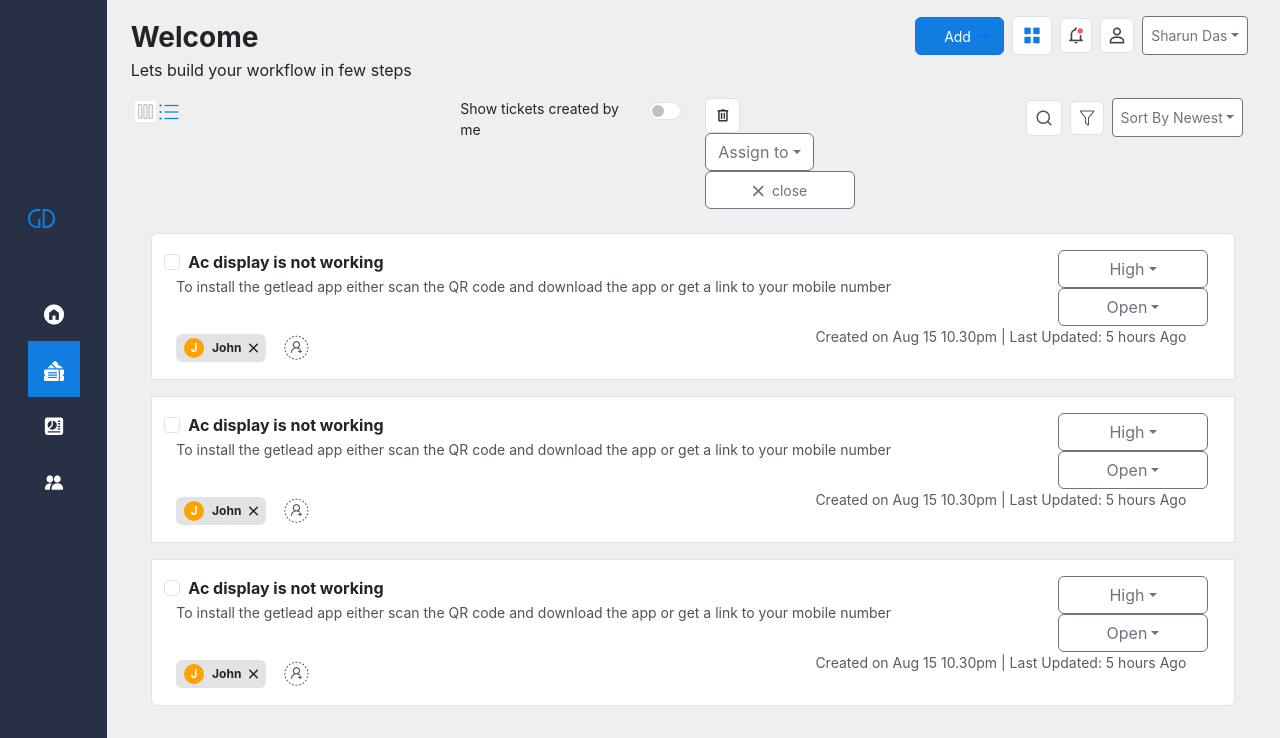
Repository: rishikarajeev/GL_HelpDesk
Page: /
These files come from the project's save history. The page is drawn as it stood at one moment and after the next save; the edit follows.
The browser window is 1280 px wide. The pictures show the whole page.
The project was rebuilt for these pictures with package versions that can differ from the ones it lists, and the page was loaded fresh each time. Also part of the build but not shown: src/App.css, src/Pages/HomePage.jsx.

Above is the page before, as saved 2024-01-11 14:28:32.

### public/index.html
<!DOCTYPE html>
<html lang="en">
  <head>
    <meta charset="utf-8" />
    <link rel="icon" href="%PUBLIC_URL%/favicon.ico" />
    <meta name="viewport" content="width=device-width, initial-scale=1" />
    <meta name="theme-color" content="#000000" />
    <meta
      name="description"
      content="Web site created using create-react-app"
    />
    <link rel="apple-touch-icon" href="%PUBLIC_URL%/logo192.png" />
    <link href="https://cdn.jsdelivr.net/npm/bootstrap@5.3.2/dist/css/bootstrap.min.css" rel="stylesheet" integrity="sha384-T3c6CoIi6uLrA9TneNEoa7RxnatzjcDSCmG1MXxSR1GAsXEV/Dwwykc2MPK8M2HN" crossorigin="anonymous">
   <script src="https://cdn.jsdelivr.net/npm/bootstrap@5.3.2/dist/js/bootstrap.bundle.min.js" integrity="sha384-C6RzsynM9kWDrMNeT87bh95OGNyZPhcTNXj1NW7RuBCsyN/o0jlpcV8Qyq46cDfL" crossorigin="anonymous"></script>

   <!--
      manifest.json provides metadata used when your web app is installed on a
      user's mobile device or desktop. See https://developers.google.com/web/fundamentals/web-app-manifest/
    -->
    <link rel="manifest" href="%PUBLIC_URL%/manifest.json" />
    <!--
      Notice the use of %PUBLIC_URL% in the tags above.
      It will be replaced with the URL of the `public` folder during the build.
      Only files inside the `public` folder can be referenced from the HTML.

      Unlike "/favicon.ico" or "favicon.ico", "%PUBLIC_URL%/favicon.ico" will
      work correctly both with client-side routing and a non-root public URL.
      Learn how to configure a non-root public URL by running `npm run build`.
    -->
    <title>React App</title>
  </head>
  <body>
    <noscript>You need to enable JavaScript to run this app.</noscript>
    <div id="root"></div>
    <!--
      This HTML file is a template.
      If you open it directly in the browser, you will see an empty page.

      You can add webfonts, meta tags, or analytics to this file.
      The build step will place the bundled scripts into the <body> tag.

      To begin the development, run `npm start` or `yarn start`.
      To create a production bundle, use `npm run build` or `yarn build`.
    -->
  </body>
</html>

### src/index.js
import React from "react";
import ReactDOM from "react-dom/client";
import "./index.css";
import App from "./App";
import reportWebVitals from "./reportWebVitals";


const root = ReactDOM.createRoot(document.getElementById("root"));
root.render(<App />);

// If you want to start measuring performance in your app, pass a function
// to log results (for example: reportWebVitals(console.log))
// or send to an analytics endpoint. Learn more: https://bit.ly/CRA-vitals
reportWebVitals();

### src/App.js
import logo from "./logo.svg";
import "./App.css";

import { BrowserRouter, Route, Routes } from "react-router-dom";
import ViewTickets from "./Pages/ViewTickets";
import HomePage from "./Pages/HomePage";
import SideBar from "./Components/SideBar";
import { Container, Row, Col } from "react-bootstrap";
import Header from "./Components/Header";
import "./Assets/Css/Styles.css"

function App() {
  return (
    <BrowserRouter>
      <Container fluid>
        <Row>
          <Col xl={1} className="sideBg">
            <SideBar />
          </Col>
          <Col xl={11} className="bgColor">
            <Header />
            <Routes>
              <Route path="/" element={<ViewTickets />}></Route>
              <Route path="/showtickets" element={<ViewTickets />}></Route>
              <Route path="/home" element={<HomePage />}></Route>
            </Routes>
          </Col>
        </Row>
      </Container>
    </BrowserRouter>
  );
}

export default App;

### src/Pages/ViewTickets.jsx
import React from "react";
import TicketItem from "../Components/TicketItem";
import {
  Container,
  Row,
  Col,
  Navbar,
  Nav,
  Button,
  ListGroup,
  Dropdown,
  Image,
} from "react-bootstrap";
import column_icon from "../Assets/Images/fluent_column-triple-20-regular.jpg";
import list_icon from "../Assets/Images/ph_list-bullets-light.png";
import search_icon from "../Assets/Images/ri_search-line.png";
import delete_icon from "../Assets/Images/material-symbols_delete-outline.jpg";
import { FontAwesomeIcon } from "@fortawesome/react-fontawesome";
import { faTimes } from "@fortawesome/free-solid-svg-icons";
import filter_icon from "../Assets/Images/cil_filter.png";

function ViewTickets() {
  return (
    <Container>
      <Row className=" mt-3 mb-2  ">
        <Col>
          <img src={column_icon} alt="Local Icon" />

          <img src={list_icon} />
        </Col>
        <Col className="d-none d-lg-block">
          <div class="form-check form-switch ms-0 d-flex align-items-start">
            <label
              class="form-check-label small me-5 p "
              for="flexSwitchCheckDefault"
            >
              Show tickets created by me
            </label>
            <input
              className="form-check-input p-2"
              type="checkbox"
              role="switch"
              id="flexSwitchCheckDefault"
            />
          </div>
        </Col>
        <Col className=" ">
          <Row>
            <Col>
            <div>
              <Image
                src={delete_icon}
                alt="Local Icon"
                className="img-thumbnail  bg-white p-2"
              />
            </div>

            <Dropdown>
              <Dropdown.Toggle
                variant="outline-secondary"
                id="dropdown-basic"
                className="bg-white"

              >
                Assign to
              </Dropdown.Toggle>

              <Dropdown.Menu>
                <Dropdown.Item href="#/action-1">Assign to </Dropdown.Item>
                <Dropdown.Item href="#/action-2">Sharun</Dropdown.Item>
              </Dropdown.Menu>
            </Dropdown>

            <Button variant="btn btn-outline-secondary bg-white " style={{ width: '150px' }}>
              <FontAwesomeIcon icon={faTimes} className="small" />
              <span className="small ms-2">close</span>
            </Button>
            </Col>
          </Row>
        </Col>
        <Col className="text-end d-none d-lg-block">
          <img
            src={search_icon}
            alt="Local Icon"
            className="img-thumbnail me-2 p-2 bg-white"
          />
          <img
            src={filter_icon}
            alt="Local Icon"
            className="img-thumbnail me-2 p-2 bg-white"
          />
          <button
            class="btn btn-outline-secondary btn-sm dropdown-toggle me-2  p-2 bg-white"
            type="button"
            data-bs-toggle="dropdown"
            aria-expanded="false"
          >
            Sort By Newest
          </button>
        </Col>
      </Row>
      <ListGroup className="p-3">
        <ListGroup.Item className=" border mb-3">
          <TicketItem />
        </ListGroup.Item>
        <ListGroup.Item className=" border mb-3">
          <TicketItem />
        </ListGroup.Item>
        <ListGroup.Item className=" border mb-3">
          <TicketItem />
        </ListGroup.Item>
      </ListGroup>
    </Container>
  );
}

export default ViewTickets;

### src/Components/SideBar.jsx
import React, { useState } from "react";
import { Navbar, Nav } from "react-bootstrap";
import ticketIcon from "../Assets/Images/Layer_1.png";
import logo from "../Assets/Images/logo.png";
import profile from "../Assets/Images/profile_icon.png";
import filemanagr from "../Assets/Images/Frame.png";
import homeIcon from "../Assets/Images/el_home-alt.png";
import "../Assets/Css/Styles.css";

function SideBar() {
  const [activeIcon, setActiveIcon] = useState("tickets"); // Set the initial active icon

  return (
    <Navbar expand="lg" variant="dark" className=" p-3  h-100">
      <Navbar.Toggle aria-controls="sidebar" className="order-0 ml-auto" />
      <Navbar.Collapse id="sidebar">
        <Nav className="flex-column sideBg">
          <Navbar.Brand className="mb-5">
            {" "}
            <img src={logo} alt="Home Icon " className="icon" />
          </Navbar.Brand>

          <Nav.Item
            className={`nav-item p-2 ${
              activeIcon === "home" ? "selectedColor" : ""
            }`}
          >
            <Nav.Link
              className="nav-link text-white"
              onClick={() => setActiveIcon("home")}
              href="/home"
            >
              <img src={homeIcon} alt="Home Icon" className="icon" />
            </Nav.Link>
          </Nav.Item>
          <Nav.Item
            className={`nav-item p-2 ${
              activeIcon === "tickets" ? "selectedColor" : ""
            }`}
          >
            <Nav.Link
              className="nav-link"
              onClick={() => setActiveIcon("tickets")}
              href="/showtickets"
            >
              <img src={ticketIcon} alt="Ticket Icon" className="icon" />
            </Nav.Link>
          </Nav.Item>
          <Nav.Item
            className={`nav-item p-2 ${
              activeIcon === "file" ? "selectedColor" : ""
            }`}
          >
            <Nav.Link
              className="nav-link"
              onClick={() => setActiveIcon("file")}
              href="#"
            >
              <img src={filemanagr} alt="file Icon" className="icon" />
            </Nav.Link>
          </Nav.Item>
          <Nav.Item
            className={`nav-item p-2 ${
              activeIcon === "profile" ? "selectedColor" : ""
            }`}
          >
            <Nav.Link
              className="nav-link"
              onClick={() => setActiveIcon("profile")}
              href="#"
            >
              <img src={profile} alt="profile Icon" className="icon" />
            </Nav.Link>
          </Nav.Item>
          <Nav.Item
            className={`nav-item p-2 ${
              activeIcon === "settings" ? "selectedColor" : ""
            }`}
          >
            <Nav.Link
              className="nav-link text-white"
              onClick={() => setActiveIcon("settings")}
              href="#"
            >
              <i className="fas fa-cogs"></i>
            </Nav.Link>
          </Nav.Item>
        </Nav>
      </Navbar.Collapse>
    </Navbar>
  );
}

export default SideBar;

### src/Components/Header.jsx
import React from "react";

import menu_icon from "../Assets/Images/ep_menu.png";
import notificatn_icon from "../Assets/Images/Group 10.png";
import user_icon from "../Assets/Images/ooui_user-avatar-outline.png";
import { Container, Row, Col, Navbar, Nav, Button } from "react-bootstrap";
import { FontAwesomeIcon } from "@fortawesome/react-fontawesome";
import { faTimes,faPlus  } from "@fortawesome/free-solid-svg-icons";

function Header() {
  return (
    <Container fluid>
      <Row className=" justify-content-end mt-3 mb-3">
        <Col sm={8}>
          <Row>
            <a class="navbar-brand fs-3 fw-bolder" href="#">
              Welcome
            </a>
          </Row>
          <Row>
            <span>Lets build your workflow in few steps</span>
          </Row>
        </Col>

        <Col sm={4} className="text-end">
        <Button variant="btn btn-outline-primary selectedColor me-2">
        <span className="small ms-2 text-white p-2">Add</span>
            <FontAwesomeIcon icon={faPlus } className="small" />

          </Button>
          <img
            src={menu_icon}
            alt="Local Icon"
            className="img-thumbnail me-2 p-2 bg-white"
          />
          <img
            src={notificatn_icon}
            alt="Local Icon"
            className="img-thumbnail me-2 p-2 bg-white"
          />
          <img
            src={user_icon}
            alt="Local Icon"
            className="img-thumbnail me-2 p-2 bg-white"
          />
          <button
            className="btn btn-outline-secondary btn-sm dropdown-toggle me-2 p-2 bg-white"
            type="button"
            data-bs-toggle="dropdown"
            aria-expanded="false"
          >
            Sharun Das
          </button>
        </Col>
      </Row>
    </Container>
  );
}

export default Header;

### src/Assets/Css/Styles.css
.sideBg{
    background-color:  #273045;
    text-align: left;


}
.selectedColor{
    background-color:  #117DE0;


}
.bgColor{
    background-color:  #EFEFEF;

}
.txt-ticket-color{
  color:#4D5459

}


  .circle-icon {
    width: 20px;
    height: 20px;
    border-radius: 50%;
    background-color: #ffa200; /* Choose your desired background color */
    display: flex;
    align-items: center;
    justify-content: center;
    color: #fff; /* Choose your desired text color */
  }
  .close-icon {
    position: absolute;
    color:black;
    top: 50%;
    left: 50%;
    transform: translate(-50%, -50%);
  }

### src/Components/TicketItem.jsx
import React from "react";
import { Container, Row, Col, Button, Image,Dropdown } from "react-bootstrap";
import UserBadge from "../Components/UserBadge";
import userAddIcon from "../Assets/Images/Group 758674.png";

function TicketItem() {
  const userName = "John";
  return (
    <Container fluid className="p-2">
      <Row>
        <Col xl={10}>
          <Row>
            <div className="form-check">
              <input
                className="form-check-input"
                type="checkbox"
                value=""
                id="flexCheckDefault"
              />
              <label
                className="form-check-label  fw-bolder"
                htmlFor="flexCheckDefault"
              >
                Ac display is not working
              </label>
            </div>
          </Row>
          <Row>
            <p className="small text-wrap txt-ticket-color">
              To install the getlead app either scan the QR code and download
              the app or get a link to your mobile number
            </p>
          </Row>
        </Col>
        <Col xl={2}>
          <Row>
            <Dropdown >
              <Dropdown.Toggle variant="outline-secondary" id="dropdown-basic" style={{ width: '150px' }}>
               High
              </Dropdown.Toggle>

              <Dropdown.Menu>
                <Dropdown.Item href="#/action-1">High </Dropdown.Item>
                <Dropdown.Item href="#/action-2">Low</Dropdown.Item>

              </Dropdown.Menu>
            </Dropdown>

            <Dropdown>
              <Dropdown.Toggle variant="outline-secondary" id="dropdown-basic" style={{ width: '150px' }}>
               Open
              </Dropdown.Toggle>

              <Dropdown.Menu>
                <Dropdown.Item href="#/action-1">Open </Dropdown.Item>
                <Dropdown.Item href="#/action-2">Pending</Dropdown.Item>

              </Dropdown.Menu>
            </Dropdown>
          </Row>
        </Col>
        <Row>
          <Col xl={5} className="mt-2">
            <Row>
              <Col sm={3}>
                <UserBadge name={userName} />
              </Col>
              <Col sm={2}>
                <Image src={userAddIcon} alt="Local Icon" rounded />
              </Col>
            </Row>
          </Col>

          <Col xl={7} className="text-end">
            <p className="text-muted small">
              Created on Aug 15 10.30pm | Last Updated: 5 hours Ago
            </p>
          </Col>
        </Row>
      </Row>
    </Container>
  );
}

export default TicketItem;

### src/Components/UserBadge.jsx
// UserBadge.js
import React from "react";
import { Badge } from "react-bootstrap";
import "../Assets/Css/Styles.css";
import { FontAwesomeIcon } from "@fortawesome/react-fontawesome";
import { faTimes } from "@fortawesome/free-solid-svg-icons";

const UserBadge = ({ name }) => {
  const initials = name
    .split(" ")
    .map((word) => word[0])
    .join("");

  return (
    <div>
      <Badge bg="secondary-subtle ">
        <div className="rounded-circle bg-secondary-subtle text-dark d-flex align-items-center justify-content-center">
          <div className="circle-icon">
            {" "}
            <span>{initials} </span>{" "}
          </div>
          <span className="ms-2">{name} </span>

          <FontAwesomeIcon icon={faTimes} className=" ms-2" />
        </div>
      </Badge>
    </div>
  );
};

export default UserBadge;

Loaded but not shown: src/index.css (common file); src/reportWebVitals.js (common file)

After the next save:
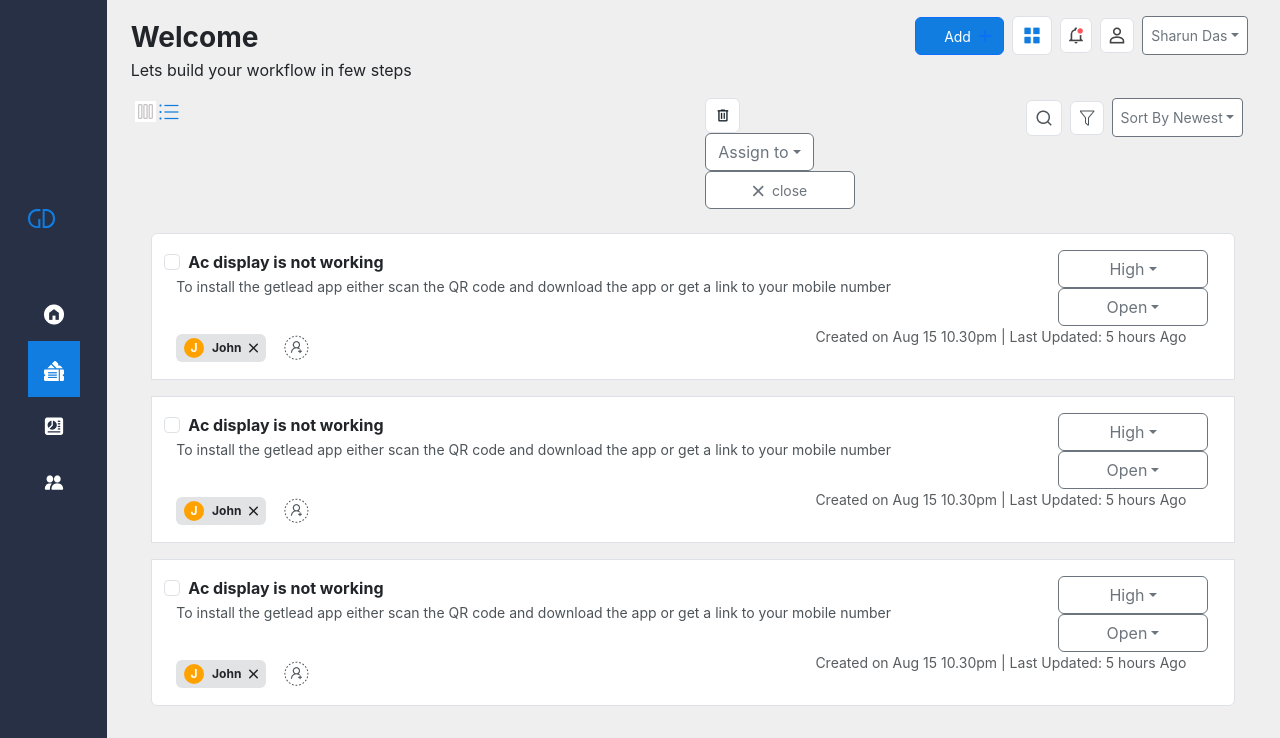
Saved 43 s later.
--- a/src/Pages/ViewTickets.jsx
+++ b/src/Pages/ViewTickets.jsx
@@ -29,20 +29,7 @@ function ViewTickets() {
           <img src={list_icon} />
         </Col>
         <Col className="d-none d-lg-block">
-          <div class="form-check form-switch ms-0 d-flex align-items-start">
-            <label
-              class="form-check-label small me-5 p "
-              for="flexSwitchCheckDefault"
-            >
-              Show tickets created by me
-            </label>
-            <input
-              className="form-check-input p-2"
-              type="checkbox"
-              role="switch"
-              id="flexSwitchCheckDefault"
-            />
-          </div>
+
         </Col>
         <Col className=" ">
           <Row>
